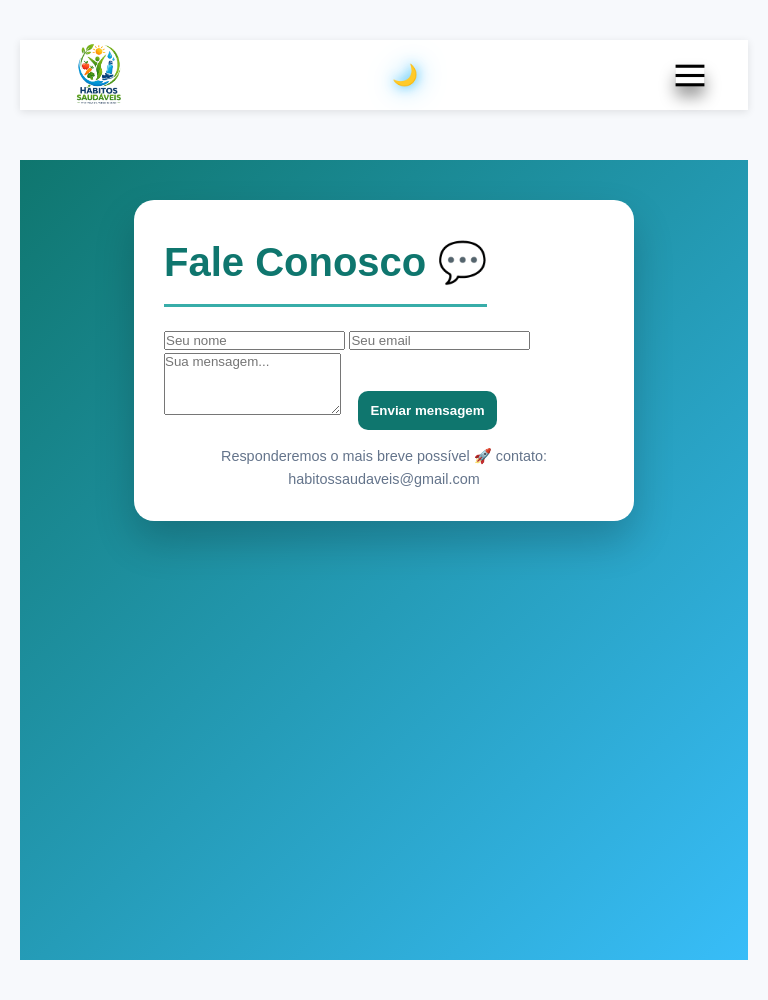
Repository: habitos2026/projetointegrador2026
Page: contato.html
An editor plug-in stored every save of this project. The page is shown before and after the next save, followed by the edit.
The browser window is 768 px wide. The pictures show the whole page.
The pointer rests on the first visible `.botaoMenu`.

Above is the page before, as saved 2026-06-10 23:22:09.

### contato.html
<!DOCTYPE html>
<html lang="pt-br">
<head>
<meta charset="UTF-8">
<meta name="viewport" content="width=device-width, initial-scale=1.0">
<title>Contato</title>

<link rel="stylesheet" href="estilos.css">

<style>

    :root {
            --cor-mente: #6a89cc;    /* Azul sereno */
            --cor-fisico: #38ada9;   /* Verde energia */
            --cor-agua: #4a69bd;     /* Azul hidratação */
            --cor-fundo: #f7f9fc;
        }

        /* Animação de Entrada */
        @keyframes fadeInUp {
            from {
                opacity: 0;
                transform: translateY(20px);
            }
            to {
                opacity: 1;
                transform: translateY(0);
            }
        }

        body {
            font-family: 'Segoe UI', Roboto, sans-serif;
            line-height: 1.6;
            background-color: var(--cor-fundo);
            color: #2f3542;
            max-width: 800px;
            margin: 0 auto;
            padding: 40px 20px;
        }

        header {
            text-align: center;
            margin-bottom: 50px;
            animation: fadeInUp 0.8s ease-out;
        }

        h1 {
            color: var(--cor-mente);
            font-size: 2.5rem;
            border-bottom: 3px solid var(--cor-fisico);
            display: inline-block;
            padding-bottom: 10px;
        }

        section {
            background: white;
            padding: 30px;
            border-radius: 15px;
            box-shadow: 0 10px 25px rgba(0,0,0,0.05);
            animation: fadeInUp 1s ease-out;
        }

        h2 {
            color: var(--cor-fisico);
            margin-top: 30px;
            display: flex;
            align-items: center;
            gap: 10px;
        }

/* ÁREA SÓ DO CONTATO */
.contato-page {
    background: linear-gradient(135deg, #0f766e, #38bdf8);
    min-height: 100vh;
    padding: 40px 10px;
}

/* CARD */
.contato-box {
    max-width: 500px;
    margin: auto;
    background: white;
    padding: 30px;
    border-radius: 20px;
    box-shadow: 0 20px 40px rgba(0,0,0,0.2);
    animation: subir 0.6s ease;
}

/* ANIMAÇÃO */
@keyframes subir {
    from {
        opacity: 0;
        transform: translateY(40px);
    }
    to {
        opacity: 1;
        transform: translateY(0);
    }
}

.contato-box h1 {
    text-align: center;
    color: #0f766e;
    margin-bottom: 20px;
}

/* FORM */
.contato-form {
    display: flex;
    flex-direction: column;
    gap: 15px;
}

.contato-form input,
.contato-form textarea {
    padding: 12px;
    border-radius: 10px;
    border: 1px solid #cbd5e1;
    outline: none;
    transition: 0.3s;
    font-size: 1rem;
}

.contato-form input:focus,
.contato-form textarea:focus {
    border-color: #0f766e;
    box-shadow: 0 0 8px rgba(15,118,110,0.3);
}

/* BOTÃO */
.contato-form button {
    padding: 12px;
    border: none;
    border-radius: 10px;
    background: #0f766e;
    color: white;
    font-weight: bold;
    cursor: pointer;
    transition: 0.3s;
}

.contato-form button:hover {
    background: #115e59;
    transform: scale(1.03);
    cursor: pointer;
}

.contato-box button{
    padding: 12px;
    margin-left: 13px;
    border: none;
    border-radius: 10px;
    background: #0f766e;
    color: white;
    font-weight: bold;
    cursor: pointer;
    transition: 0.3s;
}

.contato-box button:hover {
    background: #115e59;
    transform: scale(1.03);
    box-shadow: 0 0 6px var(--cor-fisico);
    cursor: pointer;
}

/* TEXTO */
.info {
    text-align: center;
    margin-top: 15px;
    color: #64748b;
    font-size: 0.9rem;
}

</style>

</head>

<body>

<div id="menu"></div>

<div class="contato-page">

    <div class="contato-box">
        <h1>Fale Conosco 💬</h1>

        <form class= method="post">
            <input type="text" placeholder="Seu nome" required>
            <input type="email" placeholder="Seu email" required>
            <textarea rows="4" placeholder="Sua mensagem..." required></textarea>
            <button type="submit">Enviar mensagem</button>
        </form>

        <div class="info">
            Responderemos o mais breve possível 🚀  contato: habitossaudaveis@gmail.com
        </div>
    </div>

</div>

<script src="trabalho.js"></script>

</body>
</html>

### estilos.css
:root{
    --cinza245: rgb(245,245,245);
    --cinza220: rgb(220,220,220);
    --cinza128: rgb(128,128,128);
    --azul: rgb(0,80,120);
    --amarelo: yellow;
}

/* RESET */
*{
    margin:0;
    padding:0;
    box-sizing:border-box;
    font-family:Arial, sans-serif;
}

body{
    background:#f5f7fb;
    color:#1f2937;
}

/* HEADER */
header{
    background:white;
    height:70px;

    display:flex;
    align-items:center;
    justify-content:space-between;

    padding:0 6%;

    box-shadow:0 2px 8px rgba(0,0,0,0.1);
}

/* LOGO */
.logo{
    height:100%;
    width:auto;
}

/* MENU */
.menu{
    display:flex;
    align-items:center;
    gap:20px;
}

.menu a{
    text-decoration:none;
    color:#374151;
    transition: 0.5s;

}

.menu a:hover{
    color:#0f766e;
    text-shadow: 0 0 6px #01b3a4;
}

/* TOPO MENU MOBILE */
.topoMenu{
    display:none;
}

/* BOTÃO MENU */
.botaoMenu{
    border:none;
    background:transparent;

    display:none;
    flex-direction:column;

    gap:6px;

    cursor:pointer;
    transition:0.5s;
}

.botaoMenu div{
    width:28px;
    height:3px;

    background:black;
    transition:0.5s;
}

/* MAIN */
main{
    max-width:800px;

    margin:40px auto;

    background:white;

    padding:30px;

    border-radius:10px;
}

/* TEXTOS */
h1{
    color:#0f766e;
    margin-bottom:10px;
}

p{
    margin-bottom:15px;
}

/* BANNER */
.bannerIndexInicio{
    width:100%;
    height:300px;
    overflow:hidden;
}

.bannerIndexInicio img{
    width:100%;
    height:100%;

    object-fit:cover;
    display:block;
}

.bannerIndex{
    height:100%;

    display:flex;
    justify-content:center;

    overflow:hidden;

    aspect-ratio:16/9;
}

.bannerIndex img{
    width:70%;
    height:80%;

    object-fit:cover;
}

/* BOX ÁGUA */
.agua-box{
    background:#ecfeff;

    padding:20px;

    border-radius:15px;

    margin-bottom:20px;
}

.agua-box h2{
    color:#0f766e;
    margin-bottom:10px;
}

.agua-box input{
    width:100%;

    padding:10px;

    margin-bottom:10px;

    border-radius:8px;

    border:1px solid #ccc;
}

.agua-box button{
    width:100%;

    padding:12px;

    background:#0f766e;

    color:white;

    border:none;

    border-radius:8px;

    cursor:pointer;

    transition:0.5s;
}

.agua-box button:hover{
    background:#115e59;

    transform:scale(1.01);

    box-shadow:
    0 0 10px rgb(1, 255, 234),
    0 0 15px rgb(0, 173, 253);
}

#resultadoAgua{
    margin-top:10px;
    font-weight:bold;
}

/* LISTAS */
.listas{
    width:65%;

    display:grid;

    grid-template-columns:repeat(2, 1fr);

    gap:1rem;
}

/* IMAGENS SAÚDE */
.Saude .Imagem img{

    width:35%;

    height:auto;

    object-fit:cover;

    border-radius:15px;

    transition:0.4s;
}

.Saude .Imagem img:hover{

    transform:scale(1.05);

    box-shadow:
    0 0 10px cyan,
    0 0 20px cyan,
    0 0 40px cyan;
}

.imc-box{
    background:#0f766e;

    padding:20px;

    border-radius:20px;

    margin-top:3rem;


}

.imc-box input{
    width:100%;

    padding:10px;

    margin-bottom:10px;

    border-radius:8px;

    border:1px solid #ccc;
}

.imc-box button{
    width:100%;

    padding:12px;

    background: white;

    border: none;

    border-radius:8px;

    cursor:pointer;

    transition:0.5s;
}

.imc-box button:hover{
    background:#f0f0f0;

    transform:scale(1.002);

    box-shadow:
    0 0 6px rgb(1, 255, 234),
    0 0 8px rgb(0, 173, 253),
    0 0 15px  rgba(18, 165, 153);
}

#resultado{
    margin-top:20px;

    font-weight:bold;

    display: flex;

    flex-direction: column;

    align-items: center;

    gap: 10px;

}

#botaoFecharMenu{
    border:none;

    background:transparent;

    box-shadow: none;

    font-size:20px;

    cursor:pointer;

    transition: 0.5s;

    border-radius: 100px;

}


#botaoFecharMenu:hover{
    color: red;
    text-shadow:  0 0 11px rgb(255, 0, 0);
}

#botaoFecharMenu:active{
  animation: clickEffect 0.2s ease;
}


/* ===== BOTÃO TEMA ===== */

/* Tema CLARO ativo — botão mostra 🌙 — neon azul */
#btnTema {
    background: transparent;
    border: none;
    border-radius: 50%;
    width: 38px;
    height: 38px;
    font-size: 1.3rem;
    cursor: pointer;
    transition: all 0.3s;
    filter: drop-shadow(0 0 6px #38bdf8) drop-shadow(0 0 12px #7dd3fc);
}

#btnTema:hover {
    transform: scale(1.12) rotate(10deg);
    filter: drop-shadow(0 0 10px #38bdf8) drop-shadow(0 0 20px #7dd3fc);
}

/* Tema ESCURO ativo — botão mostra ☀️ — neon amarelo */
body.dark #btnTema {
    border: none;
    box-shadow: none;
    filter: drop-shadow(0 0 6px #f59e0b) drop-shadow(0 0 12px #fbbf24);
}

body.dark #btnTema:hover {
    transform: scale(1.2) rotate(50deg);
    filter: drop-shadow(0 0 10px #f59e0b) drop-shadow(0 0 20px #fbbf24);
}

/* ===== DARK MODE ===== */
body.dark {
    background: #0a0f1e;
    color: #e2e8f0;
}

body.dark header {
    background: #0d1b2a;
    box-shadow: 0 2px 8px rgba(0,0,0,0.5);
}

body.dark .menu {
    background: #0d1b2a;
}

body.dark .menu a {
    color: #94a3b8;
    border-bottom-color: #1e3a5f;
}

body.dark .menu a:hover {
    color: #7dd3fc;
    text-shadow: 0 0 6px #7dd3fc88;
}

body.dark main,
body.dark section {
    background: #0d1b2a;
    box-shadow: 0 4px 20px rgba(0,0,0,0.3);
}

body.dark .logo {
    filter: brightness(0.9) drop-shadow(0 0 6px rgba(56, 189, 248, 0.4));
    border-radius: 50%;
    background: transparent;
    mix-blend-mode: screen;
}

body.dark h1 {
    color: #38bdf8;
    text-shadow: 0 0 8px #38bdf855;
}

body.dark h2 {
    color: #7dd3fc;
    text-shadow: none;
}

body.dark .agua-box {
    background: #0d2137;
    border: 1px solid #1e3a5f;
}

body.dark .agua-box input,
body.dark .imc-box input,
body.dark .contato-form input,
body.dark .contato-form textarea {
    background: #0a0f1e;
    color: #e2e8f0;
    border-color: #1e3a5f;
}

body.dark .habit-item {
    background: #0d1b2a;
    color: #e2e8f0;
}

body.dark .barra {
    background: #1e293b;
}

body.dark .barra span {
    background: #38bdf8;
}

body.dark li {
    background: #0d1b2a;
    border-left-color: #38bdf8;
    color: #e2e8f0;
}

body.dark li:hover {
    background: #0d2137;
}

body.dark .contato-box {
    background: #0d1b2a;
}

body.dark .contato-form input,
body.dark .contato-form textarea {
    background: #0a0f1e;
    color: #e2e8f0;
    border-color: #1e3a5f;
}

body.dark footer {
    color: #475569;
}

@keyframes clickEffect {
  0% {
    transform: scale(1);
    text-shadow: 0 0 10px red;
  }
  50% {
    transform: scale(0.95);
    text-shadow: 0 0 20px red;
  }
  100% {
    transform: scale(1);
    text-shadow: 0 0 10px red;
  }
}

/* ANIMAÇÃO */
@keyframes subir{

    from{
        opacity:0;
        transform:translateY(-20px);
    }

    to{
        opacity:1;
        transform:translateY(0);
    }

}

/* MOBILE */
@media screen and (max-width:950px){

    .botaoMenu{
        display:flex;

        animation:subir 0.5s ease;
    }

    .botaoMenu:hover{
        transform: scale(1.03);
         box-shadow: 0 10px 15px rgba(0,0,0,0.4);
    }

    .menu{
        position:fixed;

        top:0;
        right:-100%;

        width:80%;
        height:100vh;

        background:white;

        flex-direction:column;

        align-items:flex-start;

        padding:30px;

        transition: right 0.5s;

        z-index:999;
    }

    .menu a{
        width:100%;

        padding:12px 0;


        border-bottom:1px solid var(--cinza220);

        text-decoration:none;

        color:#374151;

        transition: 0.10s;

}

    .menu a:hover{
    color:#0f766e;
    text-shadow: 0 0 6px #01b3a4;
    border: #01b3a4 1px solid;
    transition: 0.5s;
}

    .topoMenu{
        display:flex;

        width:100%;

        justify-content:space-between;

        align-items:center;

        margin-bottom:30px;
    }

    .topoMenu button{
        border:none;

        background:transparent;

        font-size:20px;

        cursor:pointer;
    }

    main{
        margin:20px;
    }

    .bannerIndex img{
        width:100%;
        height:220px;
    }

    .listas{
        width:100%;

        grid-template-columns:1fr;
    }

    .Saude .Imagem img{
        width:100%;
    }
}

### trabalho.js
// ===== DARK MODE — roda ANTES de tudo =====
if (localStorage.getItem("tema") === "dark") {
    document.body.classList.add("dark");
}

// ===== MENU =====
fetch("menu.html")
.then(res => res.text())
.then(data => {

    document.getElementById("menu").innerHTML = data;

    // Botão tema
    const btnTema = document.getElementById("btnTema");
    btnTema.textContent = document.body.classList.contains("dark") ? "☀️" : "🌙";

    btnTema.addEventListener("click", () => {
        document.body.classList.toggle("dark");
        const temaDark = document.body.classList.contains("dark");
        localStorage.setItem("tema", temaDark ? "dark" : "light");
        btnTema.textContent = temaDark ? "☀️" : "🌙";
    });

    // Botões do menu mobile
    const abrir = document.querySelector(".botaoMenu");
    const fechar = document.querySelector("#botaoFecharMenu");
    const menu = document.querySelector("#menuNav");

    abrir.addEventListener("click", () => {
        menu.style.right = "0";
    });

    fechar.addEventListener("click", () => {
        menu.style.right = "-100%";
    });

});

// ===== RESTO DAS FUNÇÕES =====

function calc() {
    const checks = document.querySelectorAll('.habit-item input');
    let marcados = 0;

    checks.forEach(check => {
        if(check.checked) marcados++;
    });

    let porcentagem = (marcados / checks.length) * 100;

    document.getElementById("pct").innerText = Math.round (porcentagem) + "%";
    document.getElementById("bar").style.width = porcentagem + "%";

    const msg = document.getElementById("msg");
    const imgGif = document.getElementById("imgGif");

    if (porcentagem === 100) {

    msg.innerText = "Parabéns! Você completou todos os hábitos 🎉";

    lancarConfetes();

} else {

    msg.innerText = "";
    imgGif.innerHTML = "";

}
}

const data = document.getElementById("data");
if (data) {
    data.addEventListener("click", () => {
        data.showPicker();
    });
}

function calcularAgua() {
    const peso = parseFloat(document.getElementById("peso").value);
    const idade = parseInt(document.getElementById("idade").value);

    if (isNaN(peso) || peso <= 0 || isNaN(idade) || idade <= 0) {
        document.getElementById("resultadoAgua").innerText = "Por favor, preencha peso e idade corretamente.";
        return;
    }

    let mlPorKg;

    if (idade <= 17) mlPorKg = 40;
    else if (idade <= 55) mlPorKg = 35;
    else if (idade <= 65) mlPorKg = 30;
    else mlPorKg = 25;

    const totalMl = peso * mlPorKg;
    const totalLitros = (totalMl / 1000).toFixed(1);

    document.getElementById("resultadoAgua").innerText =
        `Você deve beber aproximadamente ${totalLitros}L de água por dia.`;
}

function lancarConfetes() {

    // Evita lançar várias vezes
    if (document.getElementById("confetes")) return;

    const canvas = document.createElement("canvas");
    canvas.id = "confetes";

    // Cobre a tela toda
    canvas.style.cssText = `
        position: fixed;
        top: 0;
        left: 0;
        width: 100%;
        height: 100%;
        pointer-events: none;
        z-index: 9999;
    `;

    document.body.appendChild(canvas);

    const ctx = canvas.getContext("2d");
    canvas.width = window.innerWidth;
    canvas.height = window.innerHeight;

    // Cores dos confetes
    const cores = [
        "#f59e0b", "#38bdf8", "#34d399",
        "#f472b6", "#a78bfa", "#fb923c"
    ];

    // Cria 150 confetes
    const confetes = Array.from({ length: 150 }, () => ({
        x: Math.random() * canvas.width,
        y: Math.random() * -canvas.height,
        w: Math.random() * 10 + 6,
        h: Math.random() * 5 + 3,
        cor: cores[Math.floor(Math.random() * cores.length)],
        velocidade: Math.random() * 4 + 2,
        angulo: Math.random() * 360,
        rotacao: Math.random() * 6 - 3,
        oscilacao: Math.random() * 2 - 1
    }));

    let frame;
    let tempo = 0;

    function animar() {
        ctx.clearRect(0, 0, canvas.width, canvas.height);
        tempo++;

        confetes.forEach(c => {
            c.y += c.velocidade;
            c.x += c.oscilacao;
            c.angulo += c.rotacao;

            ctx.save();
            ctx.translate(c.x, c.y);
            ctx.rotate((c.angulo * Math.PI) / 180);
            ctx.fillStyle = c.cor;
            ctx.fillRect(-c.w / 2, -c.h / 2, c.w, c.h);
            ctx.restore();
        });

        // Para após 4 segundos
        if (tempo < 240) {
            frame = requestAnimationFrame(animar);
        } else {
            cancelAnimationFrame(frame);
            canvas.remove();
        }
    }

    animar();
}

### menu.html
<header>

    <img class="logo" src="pasta-de-imagens/Logo.png" alt="Logo">

    <button id="btnTema" title="Alternar tema">🌙</button>

    <button class="botaoMenu">

        <div></div>
        <div></div>
        <div></div>

    </button>

    <nav id="menuNav" class="menu">

        <div class="topoMenu">

            <h3>Menu</h3>
            <button id="botaoFecharMenu">X</button>
            <button id="abrirMenu" class="botaoMenu"></button>

        </div>

        <a href="index.html">Início</a>
        <a href="saude.html">Saúde</a>
        <a href="imc.html">IMC</a>
        <a href="sono.html">Sono</a>
        <a href="checklist.html">Checklist</a>
        <a href="contato.html">Contato</a>

    </nav>

</header>

After the next save:
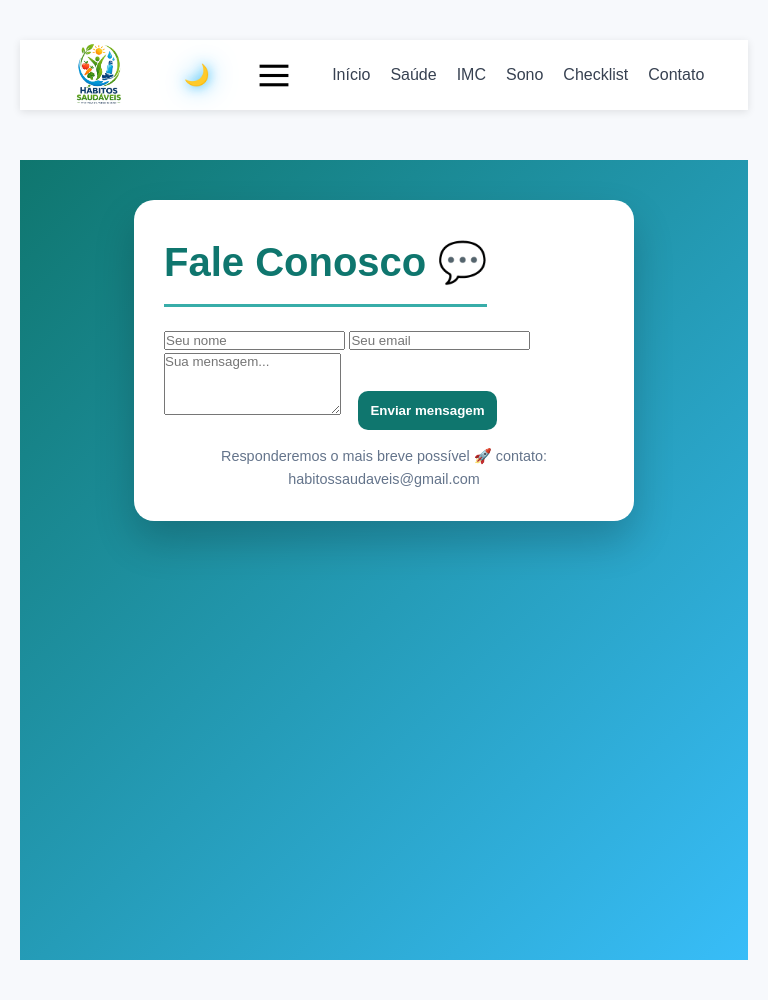
Saved 36 s later.
--- a/estilos.css
+++ b/estilos.css
@@ -504,8 +504,7 @@
 
     .botaoMenu:hover{
         transform: scale(1.03);
-         box-shadow: 0 10px 15px rgba(0,0,0,0.4);
-    }
+
 
     .menu{
         position:fixed;

After the save that followed:
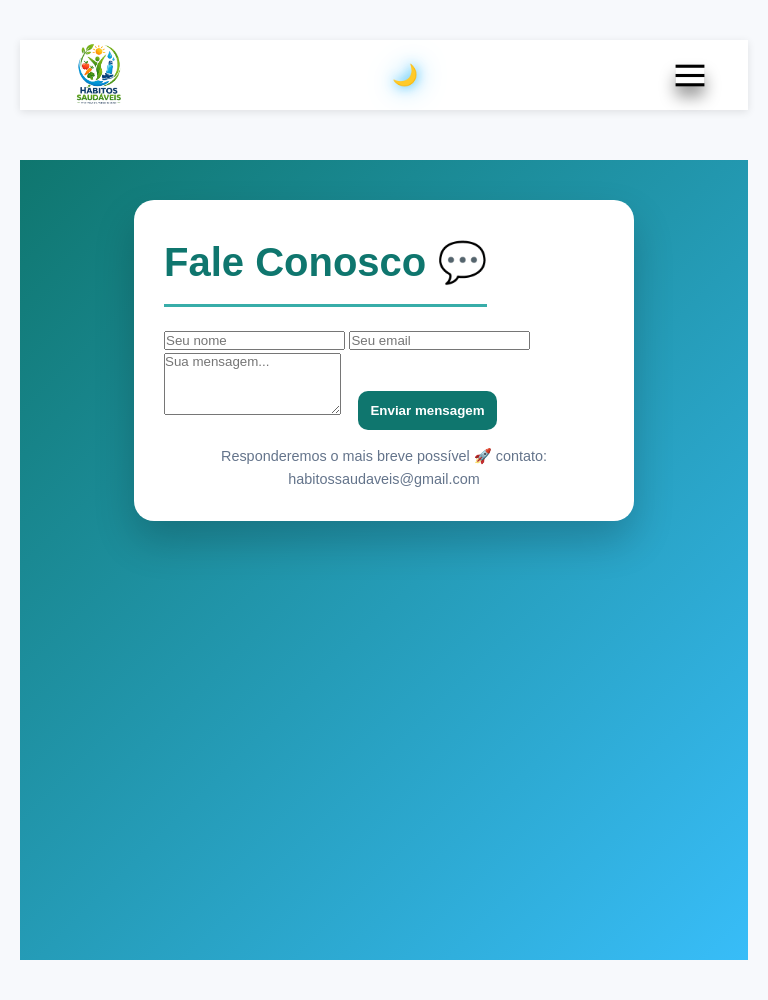
Saved 11 s later.
--- a/estilos.css
+++ b/estilos.css
@@ -504,7 +504,8 @@
 
     .botaoMenu:hover{
         transform: scale(1.03);
-
+         box-shadow: 0 10px 15px rgba(0,0,0,0.4);
+    }
 
     .menu{
         position:fixed;
